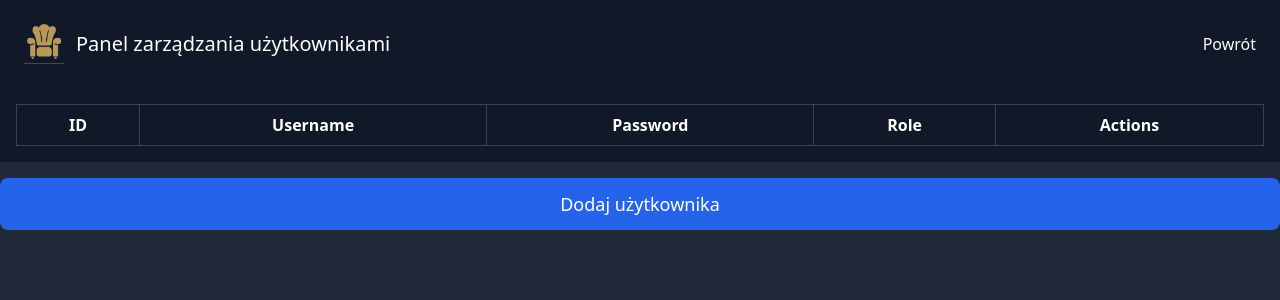
Repository: DaveCala/AplikacjaMeble
Page: http://localhost/admin/users.php
The author's editor kept a copy of each file at every save. The page is drawn from the files as they stood at one save, then again after the next save.
The browser window is 1280 px wide. The pictures show the whole page.
The page is run by PHP 8.4 with error messages shown; the project is at /var/www/html/. Queries for data that is not in the repository find no rows.

Above is the page before, as saved 2024-11-29 10:09:34.

After the next save:
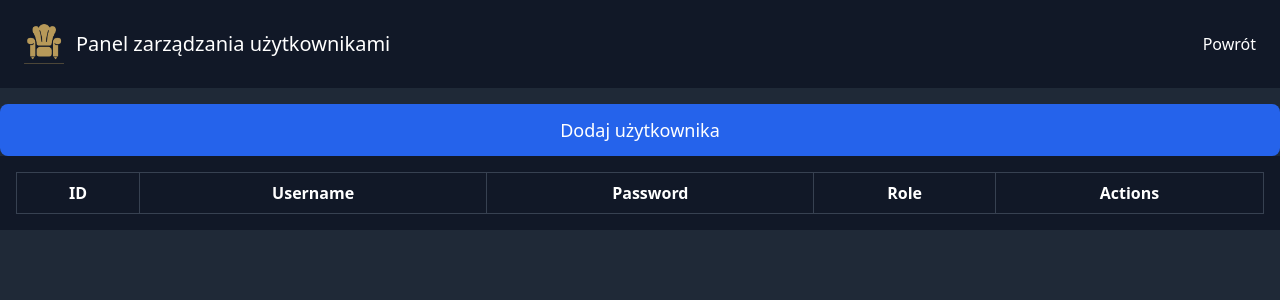
Saved 2 min 17 s later.
--- a/admin/users.php
+++ b/admin/users.php
@@ -26,6 +26,47 @@ $users = $stmt->fetchAll(PDO::FETCH_ASSOC);
             <a href="../editor/editor_index.php" class="text-white hover:text-gray-300">Powrót</a>
         </div>
     </nav>
+
+    <button type="button" onclick="openAddUserModal()"
+    class="w-full py-3 bg-blue-600 rounded-lg text-white text-lg hover:bg-blue-500 mt-4">
+    Dodaj użytkownika
+</button>
+
+<!-- Modal do dodawania użytkownika -->
+<div id="addUserModal" class="hidden fixed inset-0 bg-gray-800 bg-opacity-90 flex justify-center items-center">
+    <div class="bg-gray-900 p-8 rounded-lg shadow-lg w-full max-w-md">
+        <h2 class="text-2xl text-center mb-4">Dodaj nowego użytkownika</h2>
+
+        <form id="addUserForm">
+            <label for="newUsername" class="block text-sm mb-2">Nazwa użytkownika</label>
+            <input type="text" id="newUsername" name="newUsername" placeholder="Nazwa użytkownika"
+                class="w-full p-3 mb-4 rounded-lg bg-gray-700 text-white placeholder-gray-400 focus:outline-none focus:ring-2 focus:ring-blue-500" required>
+
+            <label for="newPassword" class="block text-sm mb-2">Hasło</label>
+            <input type="password" id="newPassword" name="newPassword" placeholder="Hasło"
+                class="w-full p-3 mb-4 rounded-lg bg-gray-700 text-white placeholder-gray-400 focus:outline-none focus:ring-2 focus:ring-blue-500" required>
+
+            <label for="newRole" class="block text-sm mb-2">Rola</label>
+            <select id="newRole" name="newRole"
+                class="w-full p-3 mb-4 rounded-lg bg-gray-700 text-white focus:outline-none focus:ring-2 focus:ring-blue-500">
+                <option value="admin">Admin</option>
+                <option value="editor">Editor</option>
+                <option value="viewer">Viewer</option>
+            </select>
+
+            <button type="submit"
+                class="w-full py-3 bg-green-600 rounded-lg text-white text-lg hover:bg-green-500">
+                Dodaj użytkownika
+            </button>
+        </form>
+
+        <button onclick="closeAddUserModal()"
+            class="w-full py-3 bg-red-600 rounded-lg text-white text-lg hover:bg-red-500 mt-4">
+            Anuluj
+        </button>
+    </div>
+</div>
+
 
     <!-- Tabela użytkowników -->
     <div class="w-full bg-gray-900 p-4">
@@ -59,45 +100,6 @@ $users = $stmt->fetchAll(PDO::FETCH_ASSOC);
         </table>
     </div>
 
-    <button type="button" onclick="openAddUserModal()"
-    class="w-full py-3 bg-blue-600 rounded-lg text-white text-lg hover:bg-blue-500 mt-4">
-    Dodaj użytkownika
-</button>
-
-<!-- Modal do dodawania użytkownika -->
-<div id="addUserModal" class="hidden fixed inset-0 bg-gray-800 bg-opacity-90 flex justify-center items-center">
-    <div class="bg-gray-900 p-8 rounded-lg shadow-lg w-full max-w-md">
-        <h2 class="text-2xl text-center mb-4">Dodaj nowego użytkownika</h2>
-
-        <form id="addUserForm">
-            <label for="newUsername" class="block text-sm mb-2">Nazwa użytkownika</label>
-            <input type="text" id="newUsername" name="newUsername" placeholder="Nazwa użytkownika"
-                class="w-full p-3 mb-4 rounded-lg bg-gray-700 text-white placeholder-gray-400 focus:outline-none focus:ring-2 focus:ring-blue-500" required>
-
-            <label for="newPassword" class="block text-sm mb-2">Hasło</label>
-            <input type="password" id="newPassword" name="newPassword" placeholder="Hasło"
-                class="w-full p-3 mb-4 rounded-lg bg-gray-700 text-white placeholder-gray-400 focus:outline-none focus:ring-2 focus:ring-blue-500" required>
-
-            <label for="newRole" class="block text-sm mb-2">Rola</label>
-            <select id="newRole" name="newRole"
-                class="w-full p-3 mb-4 rounded-lg bg-gray-700 text-white focus:outline-none focus:ring-2 focus:ring-blue-500">
-                <option value="admin">Admin</option>
-                <option value="editor">Editor</option>
-                <option value="viewer">Viewer</option>
-            </select>
-
-            <button type="submit"
-                class="w-full py-3 bg-green-600 rounded-lg text-white text-lg hover:bg-green-500">
-                Dodaj użytkownika
-            </button>
-        </form>
-
-        <button onclick="closeAddUserModal()"
-            class="w-full py-3 bg-red-600 rounded-lg text-white text-lg hover:bg-red-500 mt-4">
-            Anuluj
-        </button>
-    </div>
-</div>
 
 
     <script>
